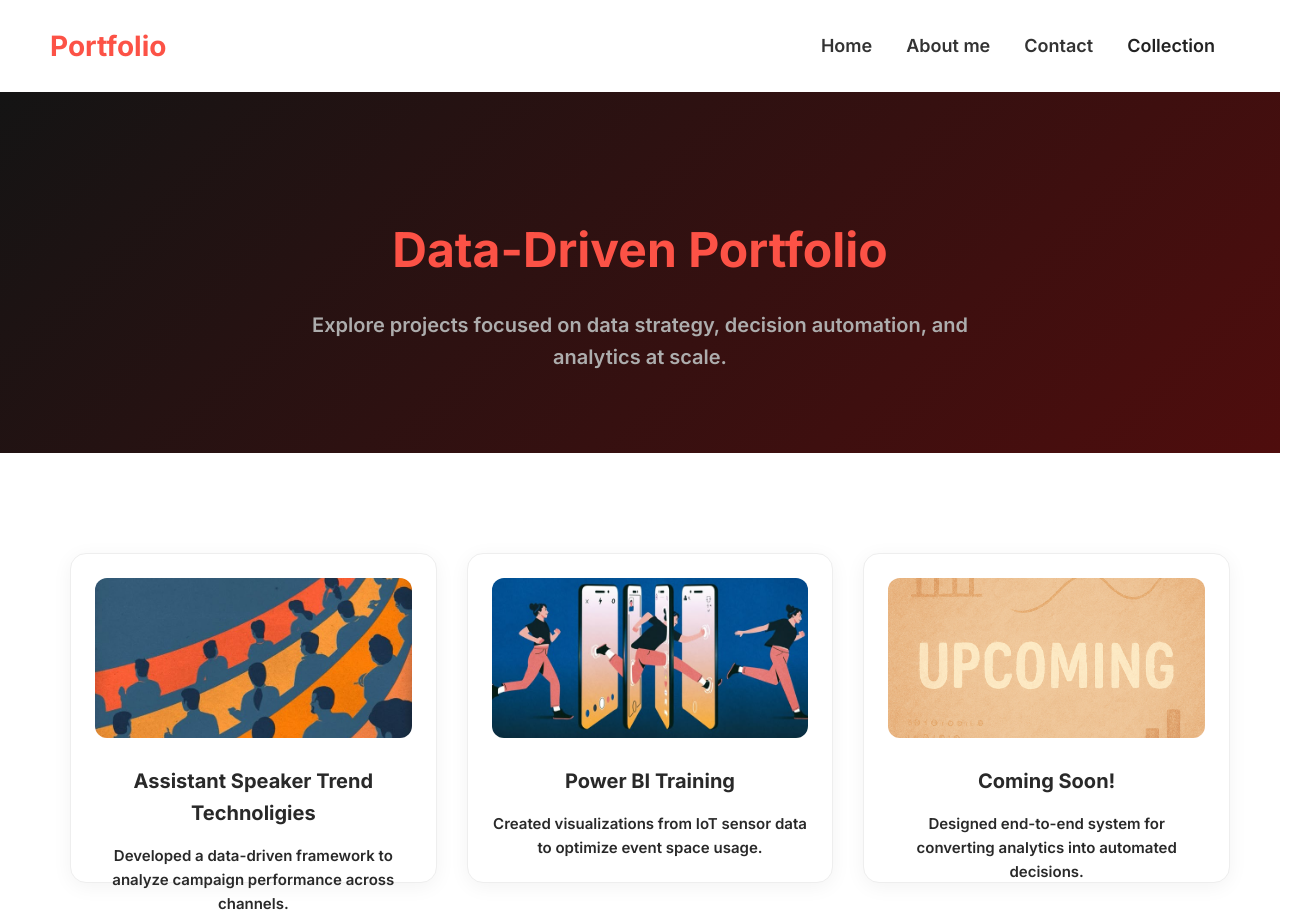
Repository: Wipas1919/Archive-portfolio
Page: projects/strategic-data.html
The author's editor kept a copy of each file at every save. The page is drawn from the files as they stood at one save, then again after the next save.
The browser window is 1280 px wide. The page is 1300 px wide, so the pictures cover 1300 px, including what lies to the right of the window. The pictures show the whole page.

Above is the page before, as saved 2025-06-01 21:01:50.

After the next save:
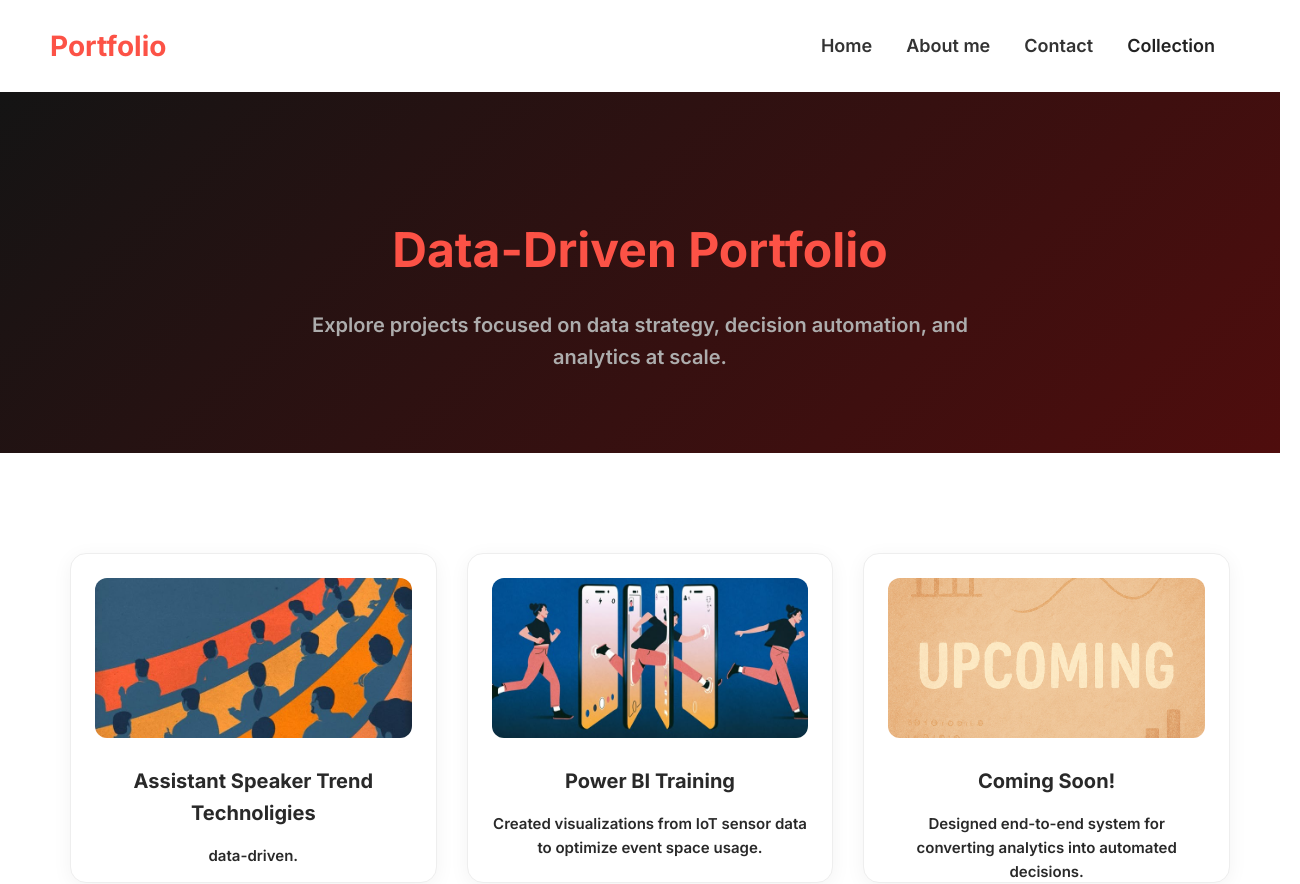
Saved 3 min 2 s later.
--- a/data/projects.json
+++ b/data/projects.json
@@ -87,7 +87,7 @@
     "projects": [
       {
         "title": "Assistant Speaker Trend Technoligies ",
-        "description": "Developed a data-driven framework to analyze campaign performance across channels.",
+        "description": "data-driven.",
         "image": "/images/bi-routine-4.jpg",
         "slug": "marketing-insight-framework"
       },
